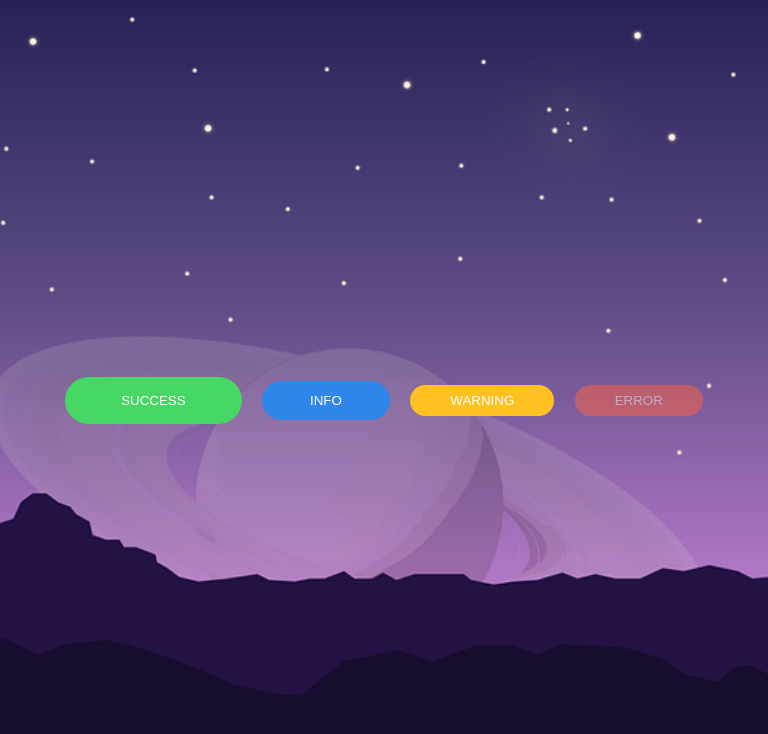
Repository: hoangtranduchai/toast-message
Page: index.html
An editor plug-in stored every save of this project. The page is shown before and after the next save, followed by the edit.
The browser window is 768 px wide. The pictures show the whole page.
Some web libraries are served in a nearby version.

Above is the page before, as saved 2021-08-18 16:55:25.

### index.html
<!DOCTYPE html>
<html lang="en">
<head>
    <meta charset="UTF-8">
    <meta http-equiv="X-UA-Compatible" content="IE=edge">
    <meta name="viewport" content="width=device-width, initial-scale=1.0">
    <title>Button & Toast</title>
    <link rel="stylesheet" href="./assets/css/style.css">
    <link rel="stylesheet" href="./assets/css/responsive.css">
    <link rel="stylesheet" href="https://pro.fontawesome.com/releases/v5.10.0/css/all.css" integrity="sha384-AYmEC3Yw5cVb3ZcuHtOA93w35dYTsvhLPVnYs9eStHfGJvOvKxVfELGroGkvsg+p" crossorigin="anonymous"/>
</head>
<body>
    <div id="main">
        <div id="toast"></div>
        <!-- Begin: Button -->
        <button onclick="showSuccessToast();" class="btn btn--success btn--size-l">Success</button>
        <button onclick="showInfoToast();" class="btn btn--info">Info</button>
        <button onclick="showWarningToast();" class="btn btn--warn btn-size-s">Warning</button>
        <button class="btn btn--error btn--disabled btn-size-s">Error</button>

        <!-- End: Button -->

    </div>

    <script>
        // Toast function
        function toast({
            title = "",
            message = "",
            type = "info",
            duration = 3000
        }) {
            const main = document.getElementById("toast");
            if (main) {
                const toast = document.createElement("div");

                // Auto remove toast
                const autoRemoveId = setTimeout(function () {
                    main.removeChild(toast);
                }, duration + 1000);

                // Remove toast when clicked
                toast.onclick = function (e) {
                if (e.target.closest(".toast__close")) {
                    main.removeChild(toast);
                    clearTimeout(autoRemoveId);
                }
                };

                const icons = {
                    success: "fas fa-check-circle",
                    info: "fas fa-info-circle",
                    warning: "fas fa-exclamation-circle"
                };
                const icon = icons[type];
                const delay = (duration / 1000).toFixed(2);

                toast.classList.add("toast", `toast--${type}`);
                toast.style.animation = `slideInLeft ease .4s, faceOut linear 1s ${delay}s forwards`;

                toast.innerHTML = `
                    <div class="toast__icon">
                        <i class="${icon}"></i>
                    </div>
                    <div class="toast__body">
                        <h3 class="toast__title">${title}</h3>
                        <p class="toast__msg">${message}</p>
                    </div>
                    <div class="toast__close">
                        <i class="fas fa-times"></i>
                    </div>
                `;
                main.appendChild(toast);
            }
        }

        function showSuccessToast() {
            toast({
                title: 'Success',
                message: 'Lorem ipsum dolor, sit amet consectetur adipisicing elit.',
                type: 'success',
                duration: 5000
            })
        }

        function showInfoToast() {
            toast({
                title: 'Info',
                message: 'Lorem ipsum dolor, sit amet consectetur adipisicing elit.',
                type: 'info',
                duration: 5000
            })
        }

        function showWarningToast() {
            toast({
                title: 'Warning',
                message: 'Lorem ipsum dolor, sit amet consectetur adipisicing elit.',
                type: 'warning',
                duration: 5000
            })
        }
    </script>
</body>
</html>

### assets/css/style.css
* {
  padding: 0;
  margin: 0;
  box-sizing: border-box;
}

body {
  height: 100vh;
  display: flex;
  flex-direction: row;
  font-family: "Helvetica Neue";
  background: url('../img/background/background1.jpg') 100% center / cover no-repeat;
}

body > div {
  margin: auto;
}

/* Button */
.btn {
  display: inline-block;
  text-decoration: none;
  border: none;
  background: transparent;
  outline: none;
  color: #fff;
  text-transform: uppercase;
  padding: 12px 48px;
  border-radius: 50px;
  cursor: pointer;
  min-width: 120px;
  transition: opacity .2s ease;
}

.btn:hover {
  opacity: 0.8;
}

.btn + .btn {
  margin-left: 16px;
}

.btn--success {
  background: #47d764;
}

.btn--info {
  background: #2f86eb;
}

.btn--warn {
  background: #ffc021;
}

.btn--error {
  background: #ff623d;
}

.btn--disabled {
  opacity: .5 !important;
  cursor: default;
}

.btn--size-l {
  padding: 16px 56px;
}

.btn-size-s {
  padding: 8px 40px;
}


/* Toast */
#toast {
  position: fixed;
  top: 32px;
  right: 32px;
  z-index: 999999;
}

.toast {
  display: flex;
  align-items: center;
  background: #fff;
  border-radius: 4px;
  padding: 20px 0;
  min-width: 400px;
  max-width: 450px;
  border-left: 4px solid;
  box-shadow: 0 5px 8px rgba(0, 0, 0, 0.08);
  transition: all linear 0.4s;
}

@keyframes slideInLeft {
  from {
    opacity: 0;
    transform: translateX(calc(100% + 32px));
  }
  to {
    opacity: 1;
    transform: translateX(0);
  }
}

@keyframes faceOut {
  to {
    opacity: 0;
  }
}

.toast--success {
  border-color: #47d764;
}

.toast--success .toast__icon {
  color: #47d764;
}

.toast--info {
  border-color: #2f86eb;
}

.toast--info .toast__icon {
  color: #2f86eb;
}

.toast--warning {
  border-color: #ffc021;
}

.toast--warning .toast__icon {
  color: #ffc021;
}

.toast + .toast {
  margin-top: 24px;
}

.toast__icon {
  font-size: 24px;
}

.toast__icon,
.toast__close {
  padding: 0 16px;
}

.toast__body {
  flex-grow: 1;
}

.toast__title {
  font-size: 16px;
  font-weight: 600;
  color: #333;
}

.toast__mess {
  font-size: 14px;
  color: #888;
  margin-top: 6px;
  line-height: 1.5;
}

.toast__close {
  font-size: 24px;
  color: rgba(0, 0, 0, 0.3);
  cursor: pointer;
}

.toast__close:hover {
  opacity: 0.6;
}

### assets/css/responsive.css
/* PC */
@media (min-width: 64em) {

}

/* PC & Tablet */
@media (min-width: 46.25em) {

}

/* Tablet */
@media (min-width: 46.25em) and (max-width: 63.9375em) {

}

/* Tablet & Mobile */
@media (max-width: 63.9375em) {
    .btn {
        /* padding: 14px 40px; */
    }
}

/* Mobile */
@media (max-width: 46.1875em) {

}

After the next save:
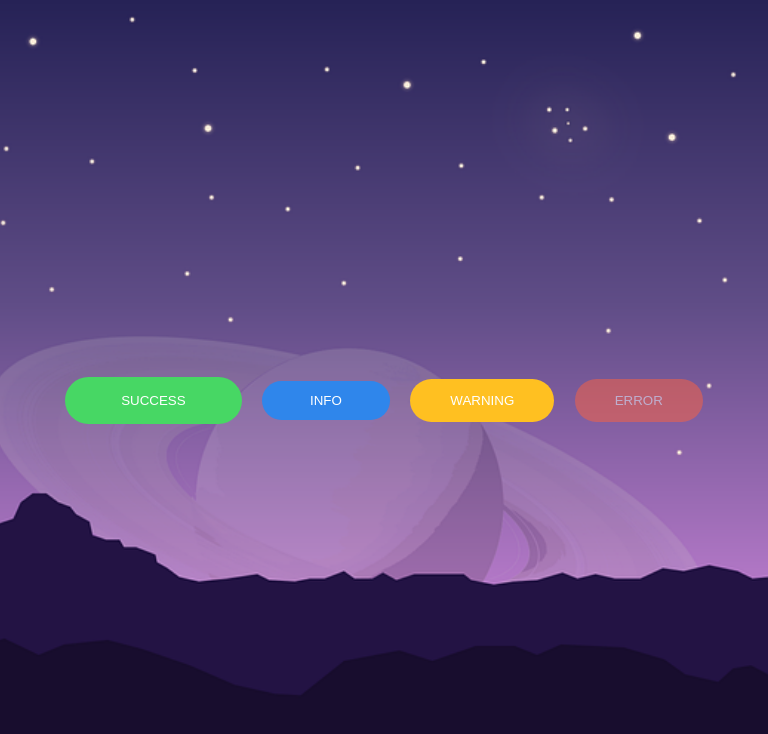
Saved 18 s later.
--- a/assets/css/responsive.css
+++ b/assets/css/responsive.css
@@ -15,8 +15,8 @@
 
 /* Tablet & Mobile */
 @media (max-width: 63.9375em) {
-    .btn {
-        /* padding: 14px 40px; */
+    .btn-size-s {
+        padding: 14px 40px;
     }
 }
 
